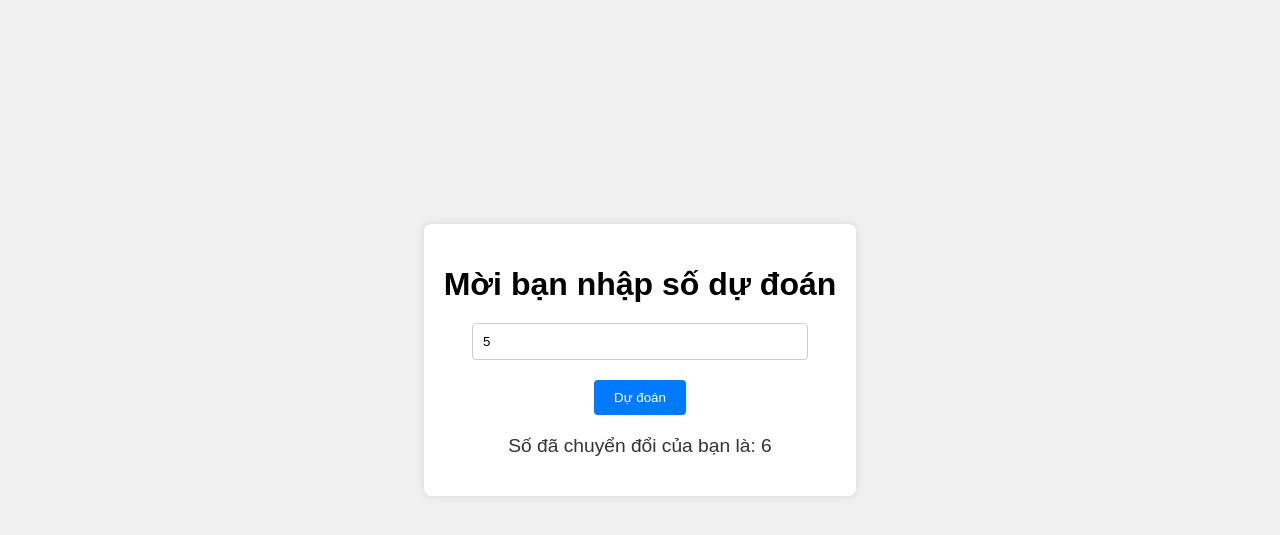
Repository: hieuche123/celiominigame
Page: index.html
An editor plug-in stored every save of this project. The page is shown before and after the next save, followed by the edit.
The browser window is 1280 px wide. The pictures show the whole page.
Empty fields were first filled with sample values (such as "Sample", 5 or name@example.com).
After loading, the first visible `button` was clicked once.

Above is the page before, as saved 2024-06-03 20:47:15.

### index.html
<!DOCTYPE html>
<html lang="en">
  <head>
    <meta charset="UTF-8" />
    <meta name="viewport" content="width=device-width, initial-scale=1.0" />
    <title>Number Transformer</title>
    <link rel="stylesheet" href="styles.css" />
  </head>
  <body>
    <div class="container">
      <h1>Mời bạn nhập số dự đoán</h1>
      <input type="number" id="userNumber" placeholder="Nhập một số" />
      <button onclick="transformNumber()">Dự đoán</button>
      <p id="result"></p>
    </div>
    <script src="script.js"></script>
  </body>
</html>

### styles.css
body {
    font-family: Arial, sans-serif;
    background-color: #f0f0f0;
    display: flex;
    justify-content: center;
    align-items: center;
    height: 100vh;
    margin: 0;
}

.container {
    background-color: white;
    padding: 20px;
    border-radius: 8px;
    box-shadow: 0 0 10px rgba(0, 0, 0, 0.1);
    text-align: center;
}

h1 {
    margin-bottom: 20px;
}

input {
    padding: 10px;
    margin-bottom: 20px;
    border: 1px solid #ccc;
    border-radius: 4px;
    width: 80%;
}

button {
    padding: 10px 20px;
    border: none;
    border-radius: 4px;
    background-color: #007BFF;
    color: white;
    cursor: pointer;
}

button:hover {
    background-color: #0056b3;
}

#result {
    margin-top: 20px;
    font-size: 1.2em;
    color: #333;
}

### script.js
function transformNumber() {
    var userNumber = document.getElementById('userNumber').value;
    var resultElement = document.getElementById('result');

    if (userNumber === "") {
        resultElement.textContent = "Vui lòng nhập một số.";
        return;
    }

    var transformedNumber = generateDifferentNumber(userNumber);
    resultElement.textContent = "Số đã chuyển đổi của bạn là: " + transformedNumber;
}

function generateDifferentNumber(number) {
    var newNumber = parseInt(number) + 1;
    if (newNumber == number) {
        newNumber++;
    }
    return newNumber;
}

After the next save:
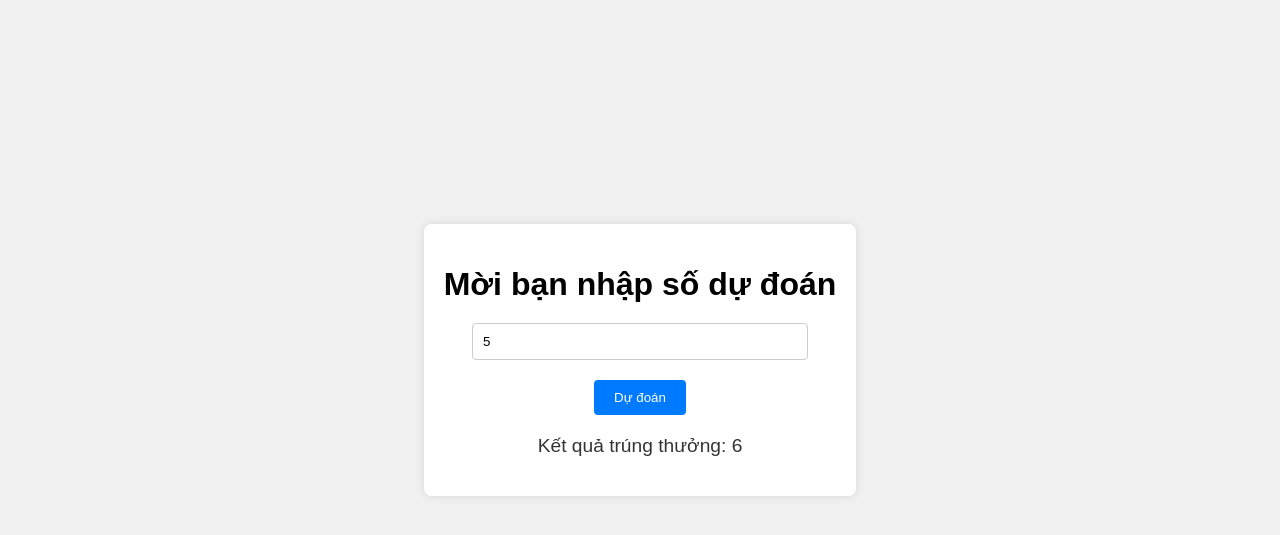
Saved 28 s later.
--- a/script.js
+++ b/script.js
@@ -8,7 +8,7 @@ function transformNumber() {
     }
 
     var transformedNumber = generateDifferentNumber(userNumber);
-    resultElement.textContent = "Số đã chuyển đổi của bạn là: " + transformedNumber;
+    resultElement.textContent = "Kết quả trúng thưởng: " + transformedNumber;
 }
 
 function generateDifferentNumber(number) {
